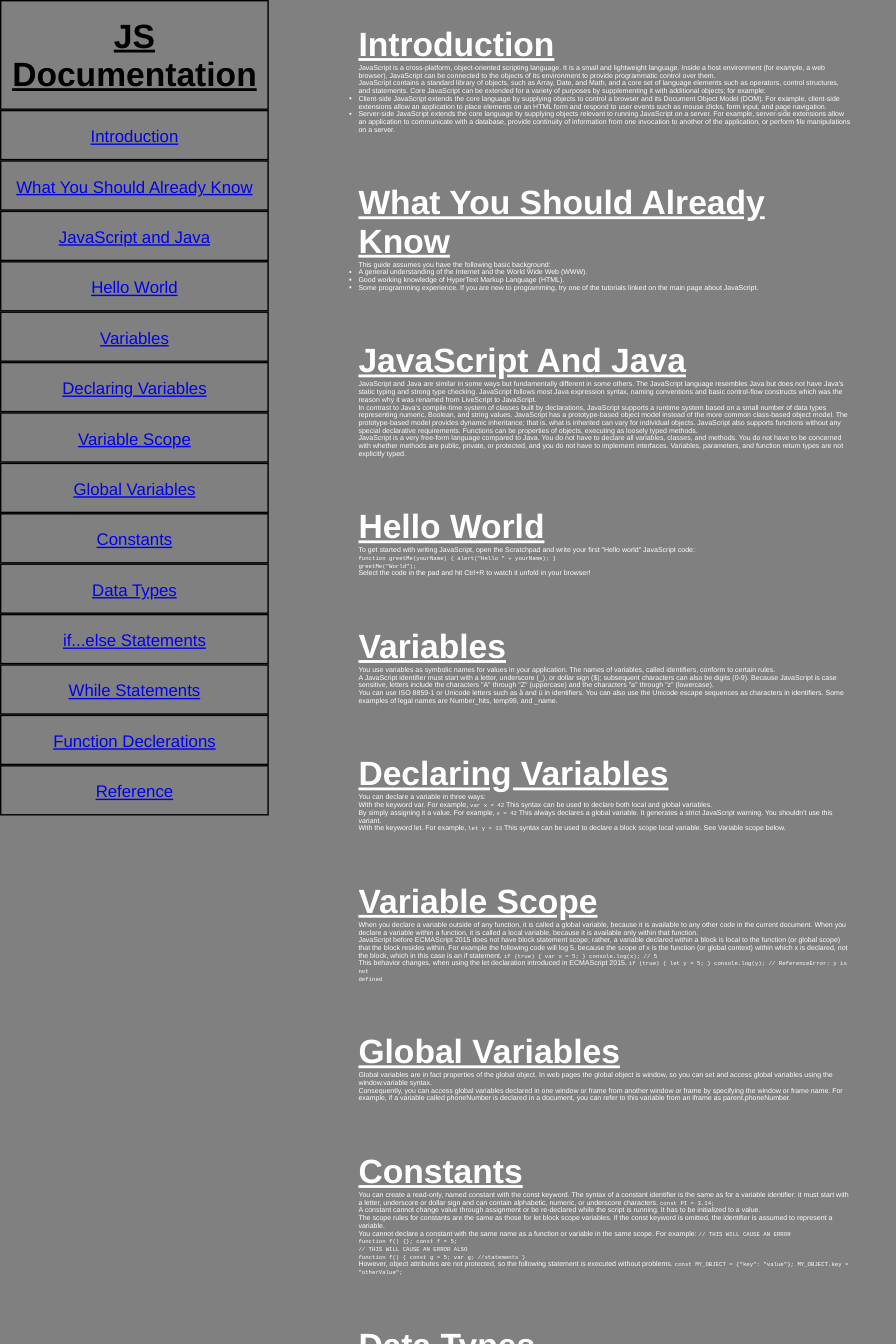
Repository: ctcoleman/technicalDocumentationPage
Page: index.html
An editor plug-in stored every save of this project. The page is shown before and after the next save, followed by the edit.
The browser window is 1280 px wide. The pictures show the part of the page from y = 0 to 1920 px (the page is 2867 px tall before and 3169 px after), at 70% of full size.

Above is the page before, as saved 2020-07-10 20:02:26.

After the next save:
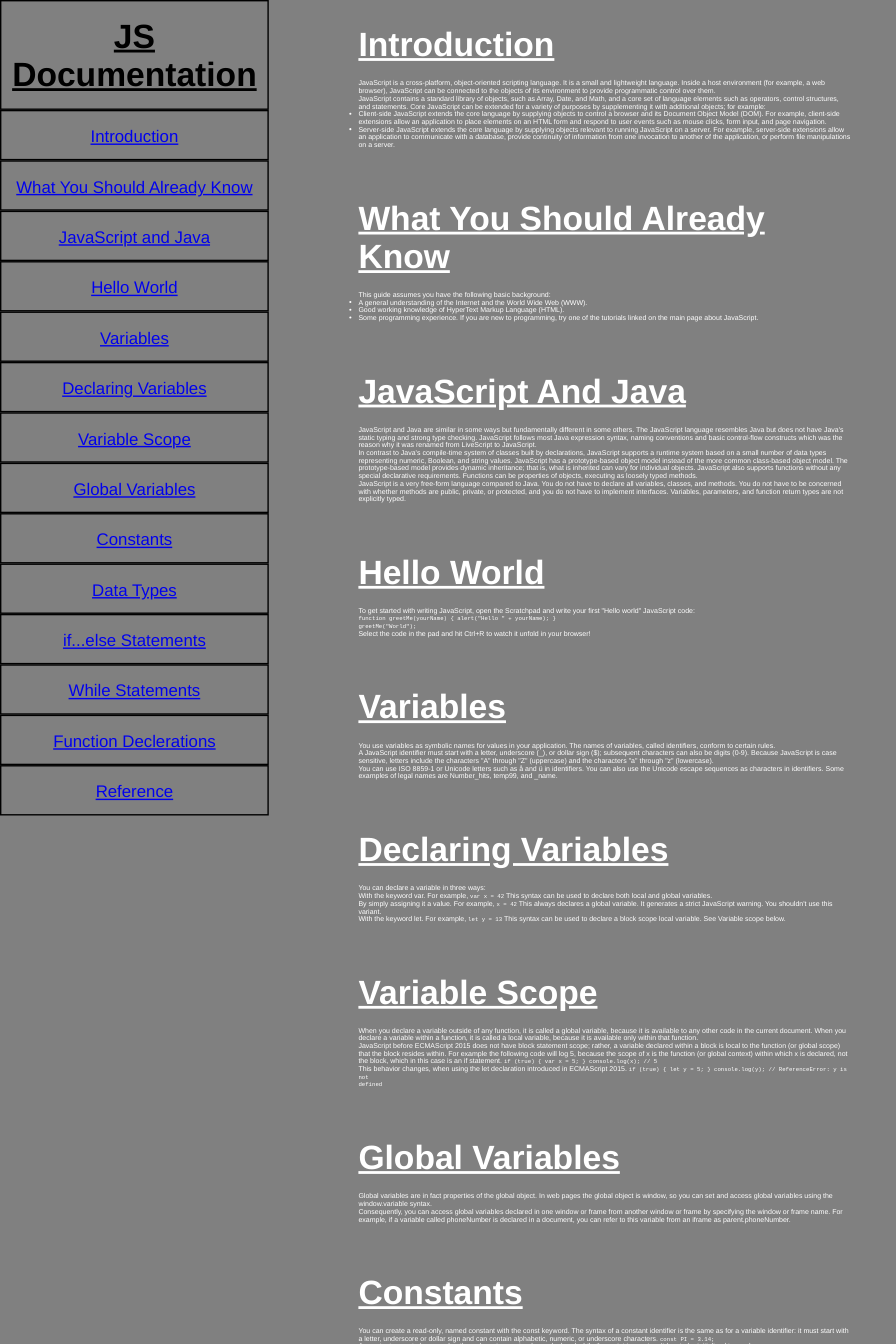
Saved 4 s later.
--- a/assets/stylesheets/style.css
+++ b/assets/stylesheets/style.css
@@ -79,6 +79,6 @@ button {
 .main-section .topic-header {
   font-size: 2rem;
   text-decoration: underline;
-  margin-bottom:
+  margin-bottom: 3vh;
 }
 /** Footer Styling **/
